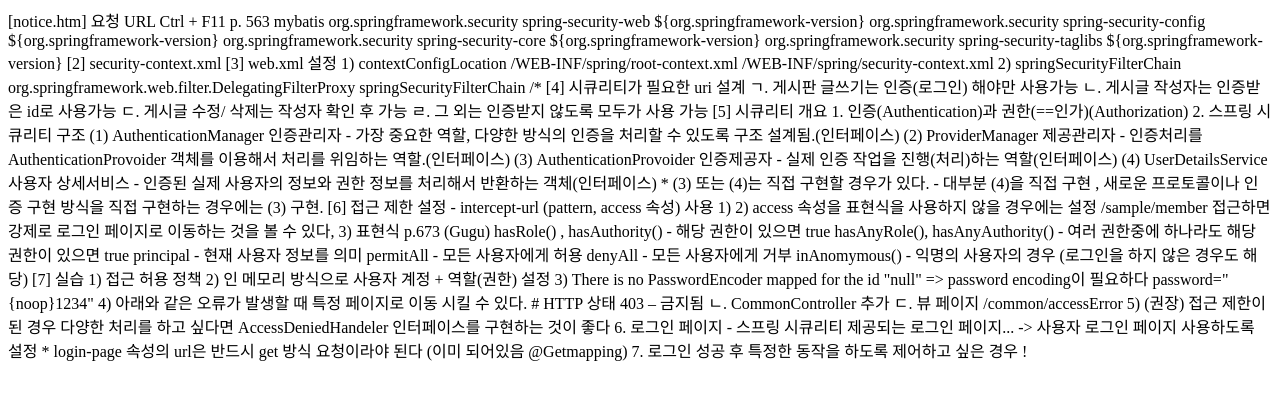
Repository: Vida0822/-
Page: SL11_SECURITY/src/main/webapp/customer/notice.htm
The author's editor kept a copy of each file at every save. The page is drawn from the files as they stood at one save, then again after the next save.
The browser window is 1280 px wide. The pictures show the whole page.

Above is the page before, as saved 2023-07-04 03:08:16.

After the next save:
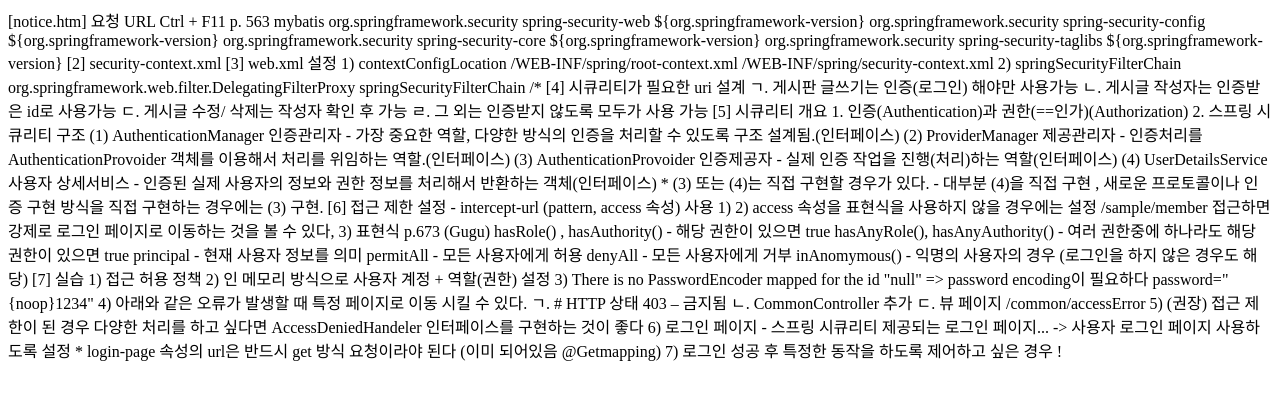
Saved 76 s later.
--- a/SL11_SECURITY/src/main/webapp/customer/notice.htm
+++ b/SL11_SECURITY/src/main/webapp/customer/notice.htm
@@ -141,18 +141,17 @@
 
 4) 아래와 같은 오류가 발생할 때 특정 페이지로 이동 시킬 수 있다.
 
+ㄱ.
 # HTTP 상태 403 – 금지됨
  <security:access-denied-handler error-page="/common/accessError.htm"/>
 
 ㄴ. CommonController 추가
-
 ㄷ. 뷰 페이지 /common/accessError
 
 
 5) (권장) 접근 제한이 된 경우 다양한 처리를 하고 싶다면 AccessDeniedHandeler 인터페이스를 구현하는 것이 좋다
 
-
-6. 로그인 페이지 - 스프링 시큐리티 제공되는 로그인 페이지...
+6) 로그인 페이지 - 스프링 시큐리티 제공되는 로그인 페이지...
    -> 사용자 로그인 페이지 사용하도록 설정
 
    <security:form-login login-page="/joinus.login.htm"/>
@@ -160,4 +159,4 @@
 * login-page 속성의 url은 반드시 get 방식 요청이라야 된다 (이미 되어있음 @Getmapping)
 
 
-7. 로그인 성공 후 특정한 동작을 하도록 제어하고 싶은 경우 !
+7) 로그인 성공 후 특정한 동작을 하도록 제어하고 싶은 경우 !
